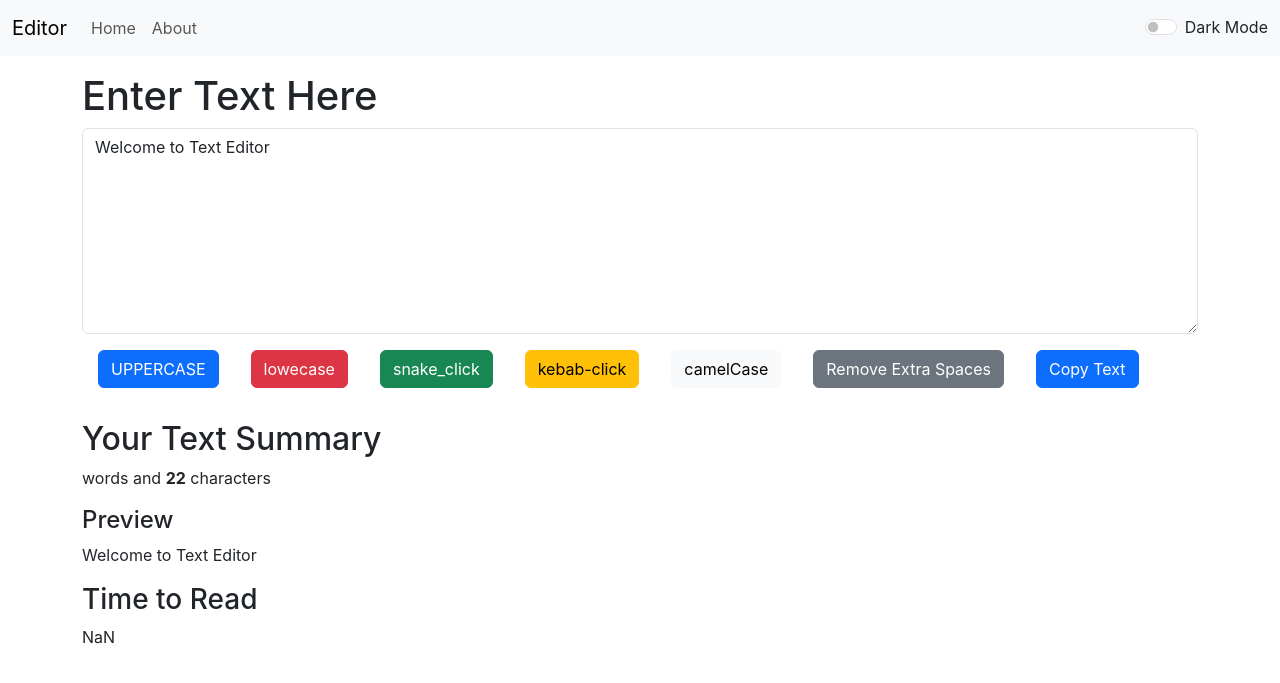
Repository: Shubham-tawar/Text-editor
Page: /
An editor plug-in stored every save of this project. The page is shown before and after the next save, followed by the edit.
The browser window is 1280 px wide. The pictures show the whole page.
The project was rebuilt for these pictures with package versions that can differ from the ones it lists, and the page was loaded fresh each time. Also part of the build but not shown: src/App.css, src/components/About.js.

Above is the page before, as saved 2025-07-12 11:25:25.

After the next save:
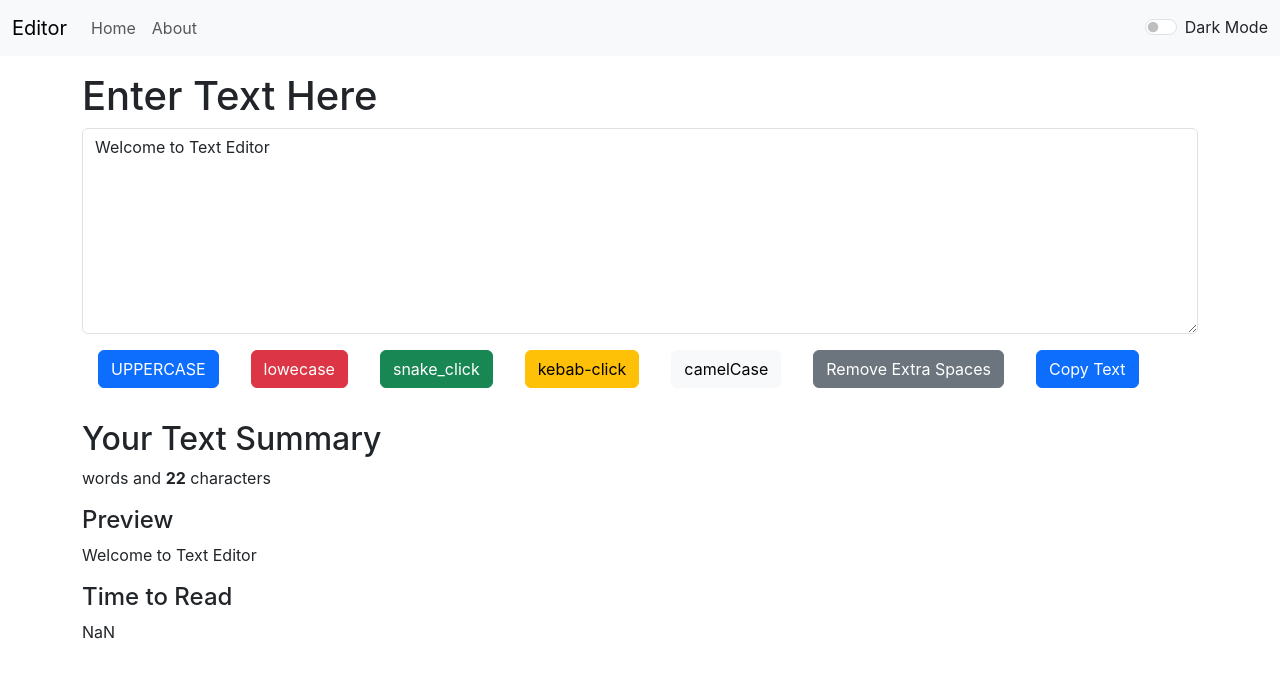
Saved 26 s later.
--- a/src/components/Textform.js
+++ b/src/components/Textform.js
@@ -91,7 +91,7 @@ export default function Textform(props) {
             <p><b>{wordlen}</b> words and <b>{text.length}</b> characters</p>
             <h4>Preview</h4>
             <p>{text.length > 0 ? text : "Enter something in the text area to preview it here"}</p>
-            <h3>Time to Read</h3>
+            <h4>Time to Read</h4>
             <p>{0.008* wordlen}</p>
         </div>
 
